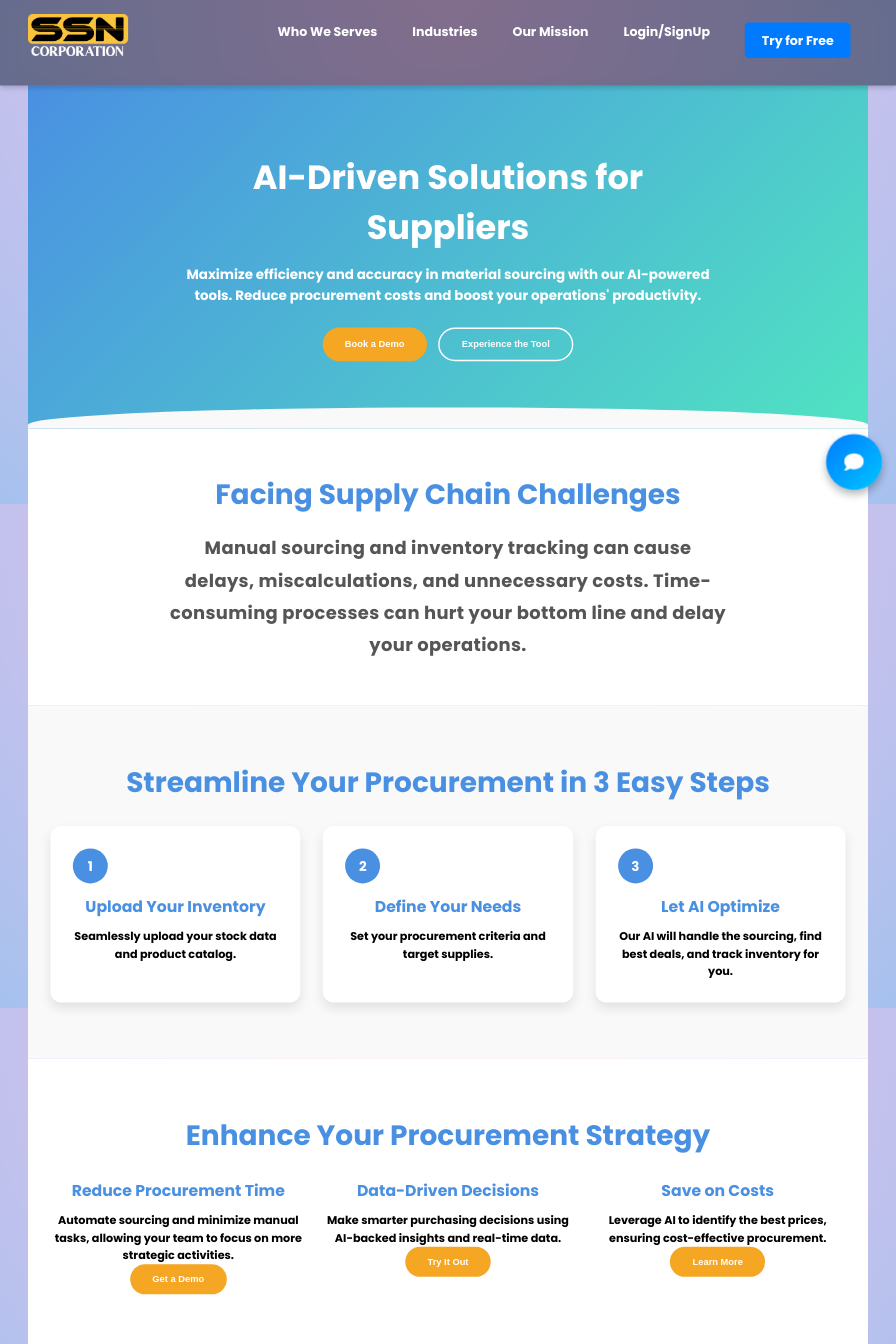
Repository: aabhashbasnet/SSNCorporation
Page: /who-we-serve/suppliers
These files come from the project's save history. The page is drawn as it stood at one moment and after a run of saves; the edit follows.
The browser window is 1280 px wide. The pictures show the part of the page from y = 0 to 1920 px (the page is 3009 px tall before and 3035 px after), at 70% of full size.
The project was rebuilt for these pictures with package versions that can differ from the ones it lists, and the page was loaded fresh each time. Also part of the build but not shown: src/components/Main/Main.jsx, src/components/Working/Working.css, src/components/Working/Working.jsx, src/components/Footer/Footer.jsx, src/pages/OurMission/OurMission.jsx, src/pages/LoginSignUp/LoginSignUp.css, src/pages/LoginSignUp/LoginSignUp.jsx, src/pages/Industries/Industries.jsx and 12 more.

Above is the page before, as saved 2025-02-11 13:24:33.

After the next 5 saves:
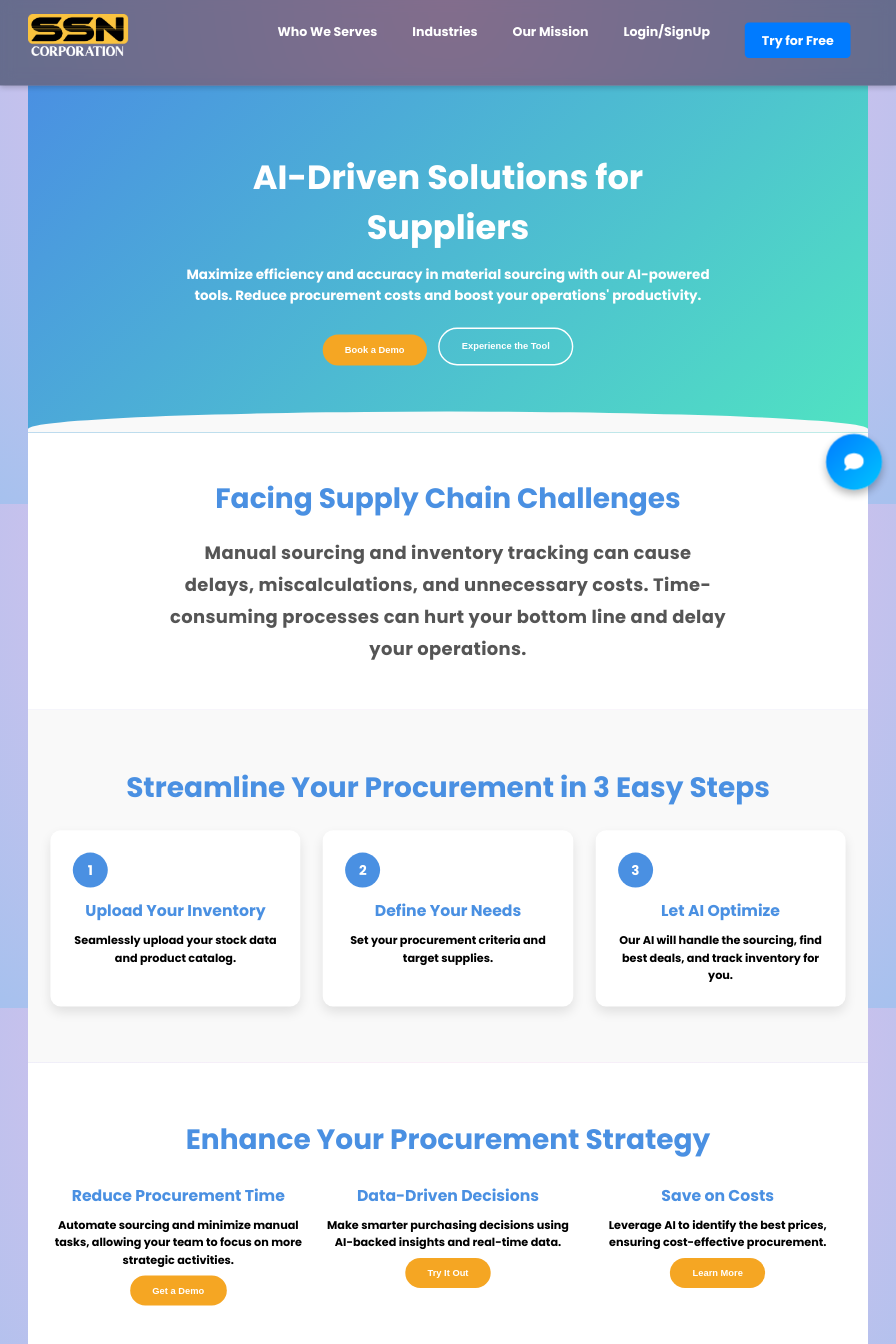
The 5 saves are shown as one change because they came seconds apart.
The last was saved 32 s later.
--- a/src/pages/WhoWeServe/Suppliers.css
+++ b/src/pages/WhoWeServe/Suppliers.css
@@ -185,6 +185,11 @@
     transform: translateY(-5px);
     border-color: #4a90e2;
   }
+  .cta-demo
+  {
+    display: inline-block;
+    margin-top: 10px;
+  }
 
   /* Testimonials Section */
   .testimonials {
